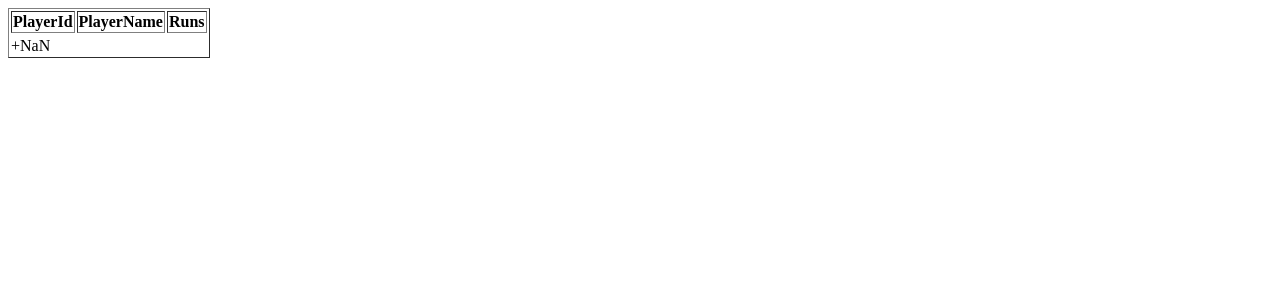
Repository: Gramastha/backup
Page: javascript/JavaScript-Assignment/Q9.html
An editor plug-in stored every save of this project. The page is shown before and after the next save, followed by the edit.
The browser window is 1280 px wide. The pictures show the whole page.

Above is the page before, as saved 2017-01-06 09:14:16.

After the next save:
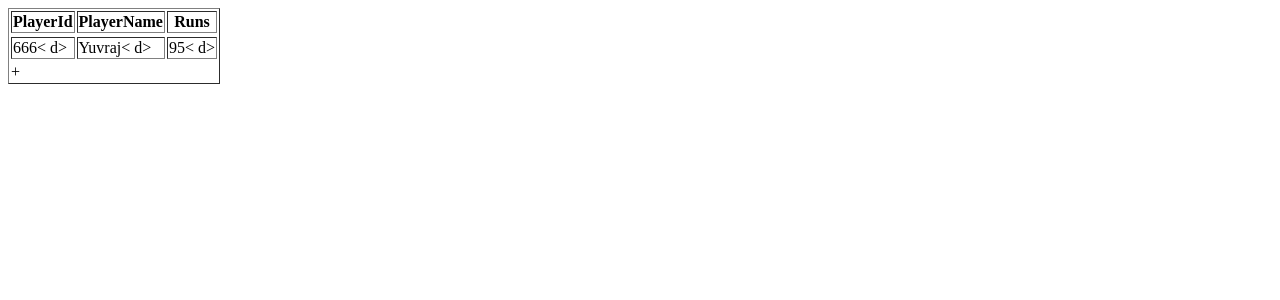
Saved 10 s later.
--- a/javascript/JavaScript-Assignment/Q9.html
+++ b/javascript/JavaScript-Assignment/Q9.html
@@ -27,7 +27,7 @@
  	 	str+="<tr>"
  });
  	document.querySelector("#t1").innerHTML="<tr>+<th><b>PlayerId</b></th><th><b>PlayerName</b></th><th><b>Runs</b></th></tr><tr>"
- 											+
+ 											+str
  											+"</tr>"
  };
 	</script>
